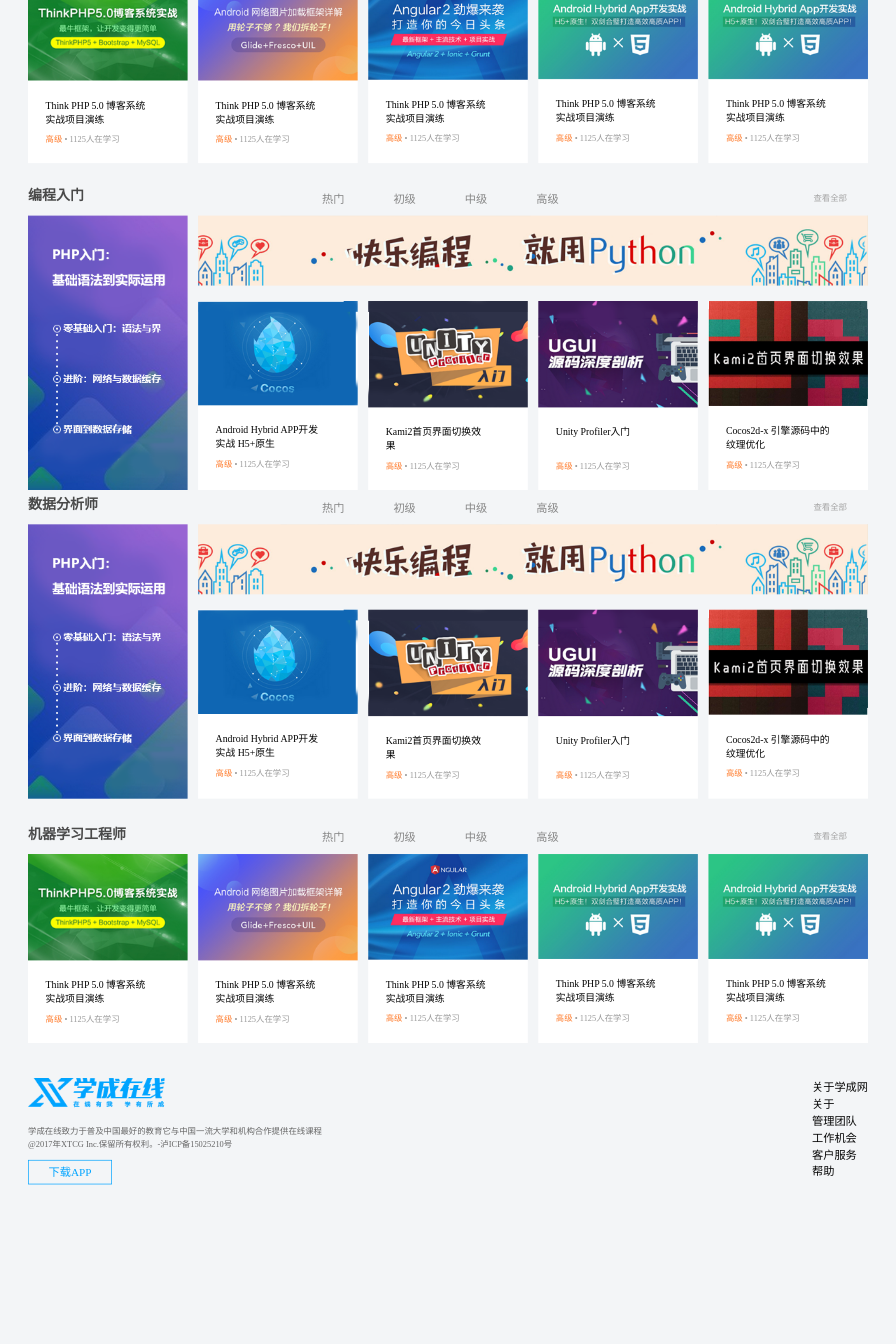
Repository: ywq0312/XueCheng
Page: index.html
The author's editor kept a copy of each file at every save. The page is drawn from the files as they stood at one save, then again after a run of saves.
The browser window is 1280 px wide. The pictures show the part of the page from y = 990 to 2910 px (the page is 2910 px tall), at 70% of full size.

Above is the page before, as saved 2021-05-19 15:27:14.

### index.html
<!DOCTYPE html>
<html lang="en">

<head>
    <meta charset="UTF-8">
    <meta http-equiv="X-UA-Compatible" content="IE=edge">
    <meta name="viewport" content="width=device-width, initial-scale=1.0">
    <title>学成在线</title>
    <!-- 引入重置样式表 -->
    <!-- <link rel="stylesheet" href="./css/reset.css"> -->
    <!-- 引入公共样式表 -->
    <link rel="stylesheet" href="./css/base.css">
    <!-- 引入图标字体库 -->
    <link rel="stylesheet" href="./fa/css/all.css">
    <!-- 引入css样式 -->
    <link rel="stylesheet" href="./css/style.css">
</head>

<body>
    <!-- 1.头部区域 -->
    <div class="header w">
        <!-- logo部分 -->
        <div class="logo">
            <img src="./images/学成在线.png" alt="学成在线logo">
        </div>
        <!-- 导航栏部分nav -->
        <div class="nav">
            <ul>
                <li><a href="#">首页</a></li>
                <li><a href="#">课程</a></li>
                <li><a href="#">职业规划</a></li>
            </ul>
        </div>
        <!-- 搜索框 -->
        <div class="search">
            <!-- 输入关键字可以用  placeholder = "输入关键字" -->
            <input type="text" value="输入关键字" name="" id="">
            <!--
                文本框input、表单、单元格、图片都是行内块元素，行内块元素之间有一个默认缝隙
                解决办法：1.浮动中间无缝隙，可给input、button都加上浮动
            -->
            <button></button>
        </div>
        <!-- 用户模块 -->
        <div class="user">
            <img src="./images/user.png" alt="">
            qq-lilei
        </div>
    </div>
    <!-- 2.bannar部分 -->
    <div class="banner">
        <div class="w">
            <!-- 左侧导航栏模块 -->
            <div class="subnav">
                <ul>
                    <li>
                        <a href="#">
                            前端开发
                            <span> &gt; </span>
                            <!-- 如果用的是字体图标库，则需加上line-height -->
                            <!-- <span class="fas fa-angle-right"></span> -->
                        </a>
                        <!-- 这个符号也可以用大于号>代替 -->
                    </li>
                    <li>
                        <a href="#">
                            后端开发
                            <span>&gt;</span>
                            <!-- <span class="fas fa-angle-right"></span> -->
                        </a>
                    </li>
                    <li>
                        <a href="#">
                            移动开发
                            <span>&gt;</span>
                            <!-- <span class="fas fa-angle-right"></span> -->
                        </a>
                    </li>
                    <li>
                        <a href="#">
                            人工智能
                            <span>&gt;</span>
                            <!-- <span class="fas fa-angle-right"></span> -->
                        </a>
                    </li>
                    <li>
                        <a href="#">
                            商业预测
                            <span>&gt;</span>
                            <!-- <span class="fas fa-angle-right"></span> -->
                        </a>
                    </li>
                    <li>
                        <a href="#">
                            云计算&大数据
                            <span>&gt;</span>
                            <!-- <span class="fas fa-angle-right"></span> -->
                        </a>
                    </li>
                    <li>
                        <a href="#">
                            运维&从测试
                            <span>&gt;</span>
                            <!-- <span class="fas fa-angle-right"></span> -->
                        </a>
                    </li>
                    <li>
                        <a href="#">
                            UI设计
                            <span>&gt;</span>
                            <!-- <span class="fas fa-angle-right"></span> -->
                        </a>
                    </li>
                    <li>
                        <a href="#">
                            产品
                            <span>&gt;</span>
                            <!-- <span class="fas fa-angle-right"></span> -->
                        </a>
                    </li>
                </ul>
            </div>
            <!-- 课程表模块 -->
            <div class="course">
                <h2>我的课程表</h2>
                <div class="bd">
                    <ul>
                        <li>
                            <a href="#">
                                <h4>继续学习 程序语言设计</h4>
                                <p>正在学习-使用对象</p>
                            </a>
                        </li>
                        <li>
                            <a href="#">
                                <h4>继续学习 程序语言设计</h4>
                                <p>正在学习-使用对象</p>
                            </a>
                        </li>
                        <li>
                            <a href="#">
                                <h4>继续学习 程序语言设计</h4>
                                <p>正在学习-使用对象</p>
                            </a>
                        </li>
                    </ul>
                    <a href="#" class="more">全部课程</a>
                </div>
            </div>
        </div>
    </div>
    <!-- 3.精品推荐 -->
    <div class="goods w">
        <h3>精品推荐</h3>
        <ul>
            <li><a href="#">jQuery</a></li>
            <li><a href="#">Spark</a></li>
            <li><a href="#">MySQL</a></li>
            <li><a href="#">JavaWeb</a></li>
            <li><a href="#">MySQL</a></li>
            <li><a href="#">JavaWeb</a></li>
        </ul>
        <a href="#" class="mod">修改兴趣</a>
    </div>
    <!-- 4.box核心内容区域 -->
    <div class="box w">
        <div class="box-hd">
            <h3>精品推荐</h3>
            <a href="#">查看全部</a>
        </div>
        <div class="box-bd">
            <!-- ul清楚浮动的原因是底下的li是浮动的，脱离了标准流，会让下面的内容跑到li底下（子不教父之过，所以给li的父元素清除浮动） -->
            <ul class="clearfix">
                <li>
                    <em>
                        <!-- 因为底下已经有一个img图片设置了样式，所以用另外一个标签包含 -->
                        <img src="./images/hot.png" alt="">
                    </em>
                    <img src="./images/pic.png" alt="">
                    <h4>Think PHP 5.0 博客系统实战项目演练</h4>
                    <div class="info">
                        <span>高级</span> • 1125人在学习
                    </div>
                </li>
                <li>
                    <em>
                        <img src="./images/new.png" alt="">
                    </em>
                    <img src="./images/pic2.png" alt="">
                    <h4>Think PHP 5.0 博客系统实战项目演练</h4>
                    <div class="info">
                        <span>高级</span> • 1125人在学习
                    </div>
                </li>
                <li>
                    <img src="./images/pic3.png" alt="">
                    <h4>Think PHP 5.0 博客系统实战项目演练</h4>
                    <div class="info">
                        <span>高级</span> • 1125人在学习
                    </div>
                </li>
                <li>
                    <img src="./images/pic4.png" alt="">
                    <h4>Think PHP 5.0 博客系统实战项目演练</h4>
                    <div class="info">
                        <span>高级</span> • 1125人在学习
                    </div>
                </li>
                <li>
                    <img src="./images/pic4.png" alt="">
                    <h4>Think PHP 5.0 博客系统实战项目演练</h4>
                    <div class="info">
                        <span>高级</span> • 1125人在学习
                    </div>
                </li>
                <li>
                    <em>
                        <img src="./images/hot.png" alt="">
                    </em>
                    <img src="./images/pic.png" alt="">
                    <h4>Think PHP 5.0 博客系统实战项目演练</h4>
                    <div class="info">
                        <span>高级</span> • 1125人在学习
                    </div>
                </li>
                <li>
                    <em>
                        <img src="./images/new.png" alt="">
                    </em>
                    <img src="./images/pic2.png" alt="">
                    <h4>Think PHP 5.0 博客系统实战项目演练</h4>
                    <div class="info">
                        <span>高级</span> • 1125人在学习
                    </div>
                </li>
                <li>
                    <img src="./images/pic3.png" alt="">
                    <h4>Think PHP 5.0 博客系统实战项目演练</h4>
                    <div class="info">
                        <span>高级</span> • 1125人在学习
                    </div>
                </li>
                <li>
                    <img src="./images/pic4.png" alt="">
                    <h4>Think PHP 5.0 博客系统实战项目演练</h4>
                    <div class="info">
                        <span>高级</span> • 1125人在学习
                    </div>
                </li>
                <li>
                    <img src="./images/pic4.png" alt="">
                    <h4>Think PHP 5.0 博客系统实战项目演练</h4>
                    <div class="info">
                        <span>高级</span> • 1125人在学习
                    </div>
                </li>
            </ul>
        </div>
    </div>
    <!-- 5.内容区 -->
    <div class="content w clearfix">
        <div class="content-hd">
            <h3>编程入门</h3>
            <ul>
                <li><a href="#">热门</a></li>
                <li><a href="#">初级</a></li>
                <li><a href="#">中级</a></li>
                <li><a href="#">高级</a></li>
            </ul>
            <a href="#">查看全部</a>
        </div>
        <div class="content-left">
            <img src="./images/c-pic1.png" alt="">
        </div>
        <div class="content-right">
            <div class="content-top">
                <img src="./images/c-pic.png" alt="">
            </div>
            <div class="content-btn">
                <ul>
                    <li>
                        <img src="./images/c-pic2.png" alt="">
                        <h4>Android Hybrid APP开发实战 H5+原生</h4>
                        <div class="info">
                            <span>高级</span> • 1125人在学习
                        </div>
                    </li>
                    <li>
                        <img src="./images/c-pic3.png" alt="">
                        <h4>Kami2首页界面切换效果</h4>
                        <div class="info">
                            <span>高级</span> • 1125人在学习
                        </div>
                    </li>
                    <li>
                        <img src="./images/c-cip4.png" alt="">
                        <h4>Unity Profiler入门</h4>
                        <div class="info">
                            <span>高级</span> • 1125人在学习
                        </div>
                    </li>
                    <li>
                        <img src="./images/c-cip5.png" alt="">
                        <h4>Cocos2d-x 引擎源码中的纹理优化</h4>
                        <div class="info">
                            <span>高级</span> • 1125人在学习
                        </div>
                    </li>
                </ul>
            </div>
        </div>
        <div class="content w clearfix">
            <div class="content-hd">
                <h3>数据分析师</h3>
                <ul>
                    <li><a href="#">热门</a></li>
                    <li><a href="#">初级</a></li>
                    <li><a href="#">中级</a></li>
                    <li><a href="#">高级</a></li>
                </ul>
                <a href="#">查看全部</a>
            </div>
            <div class="content-left">
                <img src="./images/c-pic1.png" alt="">
            </div>
            <div class="content-right">
                <div class="content-top">
                    <img src="./images/c-pic.png" alt="">
                </div>
                <div class="content-btn">
                    <ul>
                        <li>
                            <img src="./images/c-pic2.png" alt="">
                            <h4>Android Hybrid APP开发实战 H5+原生</h4>
                            <div class="info">
                                <span>高级</span> • 1125人在学习
                            </div>
                        </li>
                        <li>
                            <img src="./images/c-pic3.png" alt="">
                            <h4>Kami2首页界面切换效果</h4>
                            <div class="info">
                                <span>高级</span> • 1125人在学习
                            </div>
                        </li>
                        <li>
                            <img src="./images/c-cip4.png" alt="">
                            <h4>Unity Profiler入门</h4>
                            <div class="info">
                                <span>高级</span> • 1125人在学习
                            </div>
                        </li>
                        <li>
                            <img src="./images/c-cip5.png" alt="">
                            <h4>Cocos2d-x 引擎源码中的纹理优化</h4>
                            <div class="info">
                                <span>高级</span> • 1125人在学习
                            </div>
                        </li>
                    </ul>
                </div>
            </div>
    </div>

    <!-- 其他内容 -->
    <div class="box">
        <div class="content-hd">
            <h3>机器学习工程师</h3>
            <ul>
                <li><a href="#">热门</a></li>
                <li><a href="#">初级</a></li>
                <li><a href="#">中级</a></li>
                <li><a href="#">高级</a></li>
            </ul>
            <a href="#">查看全部</a>
        </div>
        <div class="box-bd">
            <!-- ul清楚浮动的原因是底下的li是浮动的，脱离了标准流，会让下面的内容跑到li底下（子不教父之过，所以给li的父元素清除浮动） -->
            <ul class="clearfix">
                <li>
                    <img src="./images/pic.png" alt="">
                    <h4>Think PHP 5.0 博客系统实战项目演练</h4>
                    <div class="info">
                        <span>高级</span> • 1125人在学习
                    </div>
                </li>
                <li>
                    <img src="./images/pic2.png" alt="">
                    <h4>Think PHP 5.0 博客系统实战项目演练</h4>
                    <div class="info">
                        <span>高级</span> • 1125人在学习
                    </div>
                </li>
                <li>
                    <img src="./images/pic3.png" alt="">
                    <h4>Think PHP 5.0 博客系统实战项目演练</h4>
                    <div class="info">
                        <span>高级</span> • 1125人在学习
                    </div>
                </li>
                <li>
                    <img src="./images/pic4.png" alt="">
                    <h4>Think PHP 5.0 博客系统实战项目演练</h4>
                    <div class="info">
                        <span>高级</span> • 1125人在学习
                    </div>
                </li>
                <li>
                    <img src="./images/pic4.png" alt="">
                    <h4>Think PHP 5.0 博客系统实战项目演练</h4>
                    <div class="info">
                        <span>高级</span> • 1125人在学习
                    </div>
                </li>
            </ul>
        </div>
    </div>
    <!-- footer 页底模块 -->
    <div class="footer">
        <div class="w">
            <div class="copyright">
                <img src="./images/学成在线.png" alt="">
                <p>学成在线致力于普及中国最好的教育它与中国一流大学和机构合作提供在线课程<br>@2017年XTCG Inc.保留所有权利。-泸ICP备15025210号
                </p>
                <a href="#" class="app">下载APP</a>
            </div>
            <div class="links">
                <dl>
                    <dt><a href="#">关于学成网</a></dt>
                    <dd><a href="#">关于</a></dd>
                    <dd><a href="#">管理团队</a></dd>
                    <dd><a href="#">工作机会</a></dd>
                    <dd><a href="#">客户服务</a></dd>
                    <dd><a href="#">帮助</a></dd>
                </dl>
            </div>
        </div>
    </div>

    <script>
        var text = document.querySelector('input');
        text.onfocus = function () {
            if (this.value === "输入关键字") {
                this.value = '';
            }
            this.style.color = '#333';
        }
        text.onblur = function () {
            if (this.value === '') {
                this.value = '输入关键字';
            }
            this.style.color = '#bfbfbf';
        }
    </script>
</body>

</html>

### css/base.css
.clearfix::before,
.clearfix::after{
    display: table;
    clear: both;
    content: '';
}
.w{
    width: 1200px;
    margin: auto;
}
body{
    background-color: #f3f5f7;
}
a{
    text-decoration: none;
    color: #050505;
}
li{
    list-style-type: none;
}

### css/style.css
*{
    margin: 0;
    padding: 0;
}

/* 头部区域 */
.header{
    height: 42px;
    /* 注意此地方会层叠w里面的margin */
    margin: 30px auto;
}
.logo{
    float: left;
    width: 198px;
    height: 42px;
}
.nav{
    float: left;
    margin-left: 60px;
}
.nav ul li{
    float: left;
    margin: 0 15px;
}
.nav ul li a{
    /* a是行内元素，所以转为块元素后宽高才起效 */
    display: block;
    height: 42px;
    /* 用padding把文字的宽度撑开 */
    padding: 0 10px;
    line-height: 42px;
    font-size: 18px;
    color: #050505;
    text-decoration: none;
}
.nav ul li a:hover{
    border-bottom: 2px solid #00a4ff;
    color: #00a4ff;
}
.search{
    float: left;
    width: 412px;
    height: 42px;
    background-color: skyblue;
    margin-left: 60px;
}
.search input{
    float: left;
    width: 345px;
    height: 40px;
    border: 1px solid #00a4ff;
    border-right: none;
    color: #bfbfbf;
    font-size: 14px;
    outline: none;
    /* 也可以用缩进text-index: 2em; 来将字体往左边移动 */
    padding-left: 15px;
}
.search button{
    float: left;
    width: 50px;
    height: 42px;
    background: url(../images/btn.png);
    /* 去掉按钮button默认边框 */
    border: 0;
}
.user{
    float: right;
    line-height: 42px;
    margin-right: 52px;
    font-size: 16px;
    color: #666;
    /* 图片与文字垂直居中对齐使用vertical-align: middle;  */
    vertical-align: middle;
}
/* banner区域 */
.banner{
    height: 421px;
    background-color: #1c036c;
}
.banner .w{
    height: 421px;
    background: url(../images/banner2.png) no-repeat top center;
}
/* 左侧导航 */
.subnav{
    float: left;
    width: 190px;
    height: 421px;
    background: rgba(0, 0, 0, .3);
}
.subnav ul li{
    height: 45px;
    line-height: 45px;
    padding: 0 20px;
}
.subnav ul li a{
    font-size: 14px;
    color: #fff;
}
.subnav ul li a span{
    float: right;
    /* line-height: 45px; */
}
.subnav ul li a:hover{
    color: #00a4ff;
}
.course{
    float: right;
    width: 230px;
    height: 300px;
    /* 浮动的盒子不会有外边距合并的问题，标准流盒子会发生外边距合并 */
    margin-top: 50px;
    background-color: #fff;
}
/* 右侧课程表 */
.course h2{
    height: 48px;
    background-color: #9bceea;
    text-align: center;
    line-height: 48px;
    font-size: 18px;
    color: #fff;
}
.course .bd{
    padding: 0 20px;
}
.course .bd  ul li{
    padding: 13px 0;
    border-bottom: 1px solid #ccc;
}
.course .bd  ul li h4{
    font-size: 16px;
    color: #4e4e4e;
}
.course .bd  ul li p{
    font-size: 12px;
    color: #a5a5a5;
}
.course .bd .more{
    /* a是行内元素，没有大小，需要转换成块级元素 */
    display: block;
    height: 38px;
    border: 1px solid #00a4ff;
    text-align: center;
    line-height: 38px;
    color: #00a4ff;
    font-size: 16px;
    font-weight: 700;
    margin-top: 7px;
}
/* 精品推荐模块 */
.goods{
    margin-top: 10px;
    height: 60px;
    background-color: #fff;
    /* box-shadow: (X轴偏移量)(Y轴偏移量)(阴影模糊半径)(阴影扩展半径)(阴影颜色) */
    box-shadow: 0 2px 3px 3px rgba(0, 0, 0, .1);
    /* 行高会继承，会继承给3个孩子 */
    line-height: 60px;
}
.goods h3{
    float: left;
    margin-left: 30px;
    font-size: 16px;
    color: #00a4ff;
}
.goods ul{
    float: left;
    margin-left: 30px;
}
.goods ul li{
    float: left;
}
.goods ul li a{
    padding: 0 30px;
    font-size: 16px;
    color: #050505;
    border-left: 1px solid #ccc;
}
.goods .mod{
    float: right;
    margin-right: 30px;
    font-size: 14px;
    color: #00a4ff;
}
.box{
    margin-top: 30px;
}
.box .box-hd,
.content .content-hd{
    /* 必定会有一个高度，若没有高度，底下标准流的东西会往上移 */
    height: 45px;
}
.box .box-hd h3,
.content .content-hd h3{
    float: left;
    font-size: 20px;
    color: #494949;
}
.box .box-hd a,
.content .content-hd > a{
    float: right;
    font-size: 12px;
    color: #a5a5a5;
    margin-top: 10px;
    margin-right: 30px;
}
/* 把li的父亲ul修改的足够宽，一行能装开5个盒子就不会换行了 */
.box .box-bd ul,
.content .content-btn ul{
    width: 1225px;
}
.box .box-bd ul li{
    /* 子绝父相 */
    position: relative;
    float: left;
    width: 228px;
    height: 270px;
    background-color: #fff;
    margin-right: 15px;
    margin-bottom: 15px;
}
/* li > img 的原因是因为这里的img是li的子元素，而hot图片的img是li的孙子元素，宽度就不会100% */
.box .box-bd ul li > img,
.content .content-btn ul li > img{
    width: 100%;
}
.box .box-bd ul li h4,
.content .content-btn ul li h4{
    display: block;
    width: 150px;
    height: 30px;
    margin :20px 20px 20px 25px;
    font-size: 14px;
    color: #050505;
    /* 文字不加粗 */
    font-weight: 400;
}
.box .box-bd ul li em{
    /* 绝对定位 */
    position: absolute;
    top: 4px;
    right: -4px;
}
.box .box-bd .info,
.content .content-btn .info{
    margin :20px 20px 20px 25px;
    font-size: 12px;
    color: #999;
}
.box .box-bd .info span,
.content .content-btn .info span{
    color: #ff7c2d;
}
.content{
    margin-top: 15px;
}
.content .content-hd ul{
    margin-left: 350px;
}
.content .content-hd ul li{
    float: left;
    margin-top: 8px;
    margin-left: 70px;
}
.content .content-hd ul li a{
    font: 16px;
    color: #868686;
}
.content .content-hd ul li a:hover{
    color: #00a4ff;
}
.content .content-left{
    float: left;
}
.content .content-top{
    float: right;
}
.content .content-btn ul li{
    float: left;
    width: 228px;
    height: 270px;
    background-color: #fff;
    margin-right: 15px;
    margin-top: 18px;
}
.content .content-btn ul li:first-child{
    margin-left: 15px;
}
/* 页脚部分 */
.footer{
    height: 415px;
    /* margin-top: 20px; */
}
.footer .w{
    padding-top: 35px;
}
.copyright {
    float: left;
}
.copyright p{
    font-size: 12px;
    color: #666;
    margin-top: 20px;
    margin-bottom: 15px;
}
.copyright .app{
    display: block;
    width: 118px;
    height: 33px;
    text-align: center;
    line-height: 33px;
    color: #00a4ff;
    font-size: 16px;
    border: 1px solid #00a4ff;
}
.links{
    float: right;
}
.links dl dt{
    font-size: 16px;
    color: #333;
}
.links dl d

Loaded but not shown: fa/css/all.css (library)

After the next 10 saves:
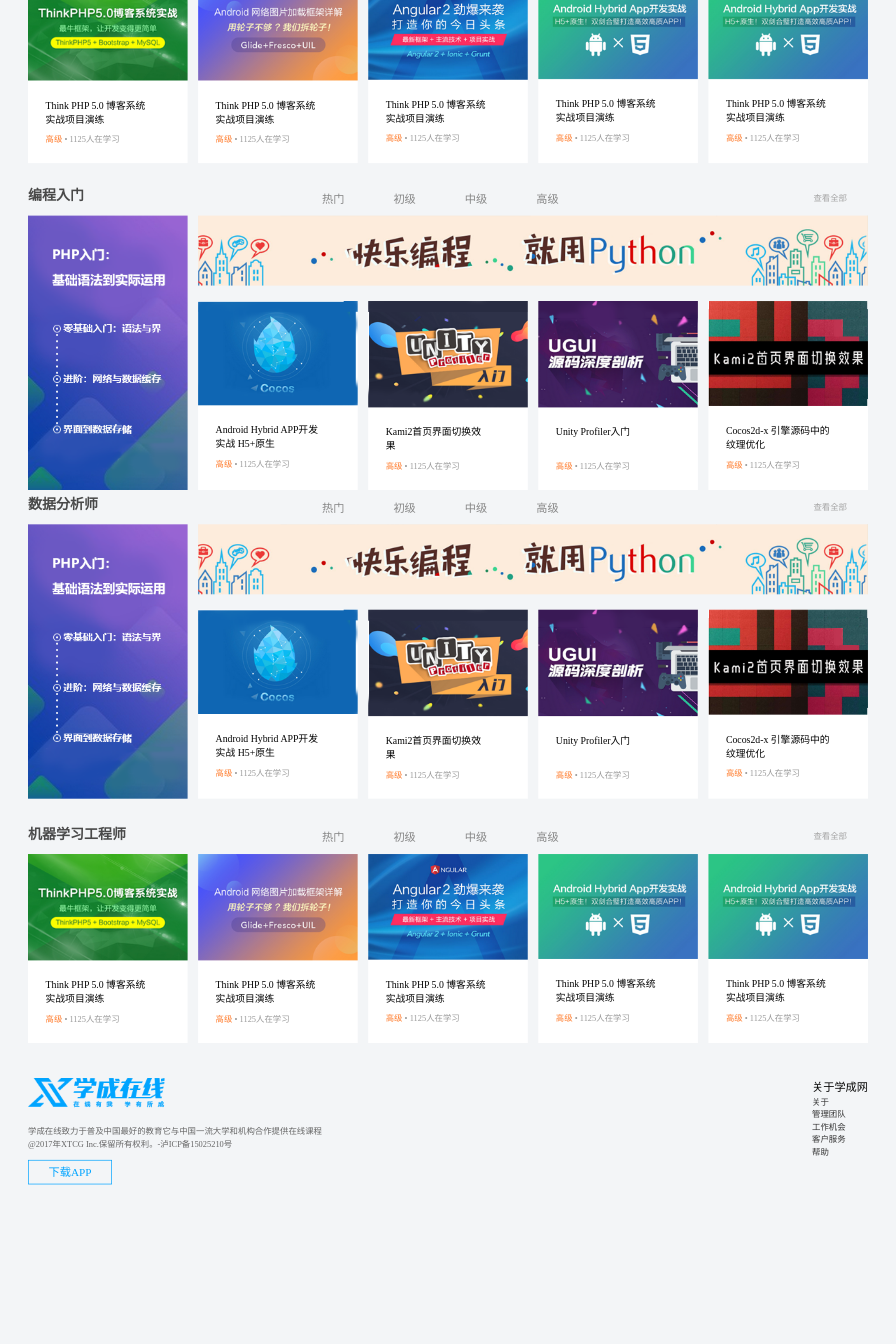
The 10 saves are shown as one change because they came seconds apart.
The last was saved 16 s later.
--- a/css/style.css
+++ b/css/style.css
@@ -322,4 +322,7 @@
     font-size: 16px;
     color: #333;
 }
-.links dl d
+.links dl dd a{
+    color: #333;
+    font-size: 12px;
+}
